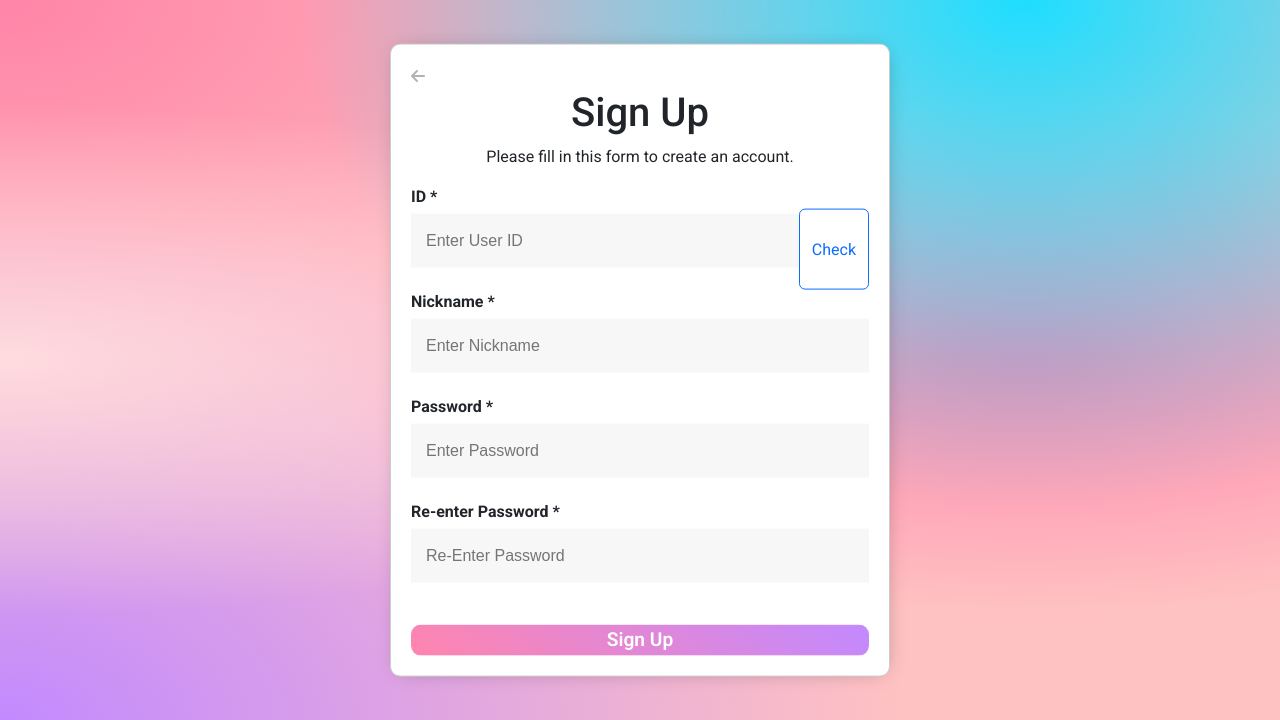
Repository: Jae-yi/JSPMybatis
Page: http://localhost/JspMybatisSub/WEB-INF/views/page/register.jsp
These files come from the project's save history. The page is drawn as it stood at one moment and after the next save; the edit follows.
The browser window is 1280 px wide. The pictures show the whole page.
Some web fonts or font styles are not loaded; a fallback is used. Some web libraries are served in a nearby version. The page is served by Tomcat 9. Nobody is signed in. The template is opened directly, without the code that normally fills it, so the values that code supplies are empty.

Above is the page before, as saved 2023-02-01 11:06:39.

After the next save:
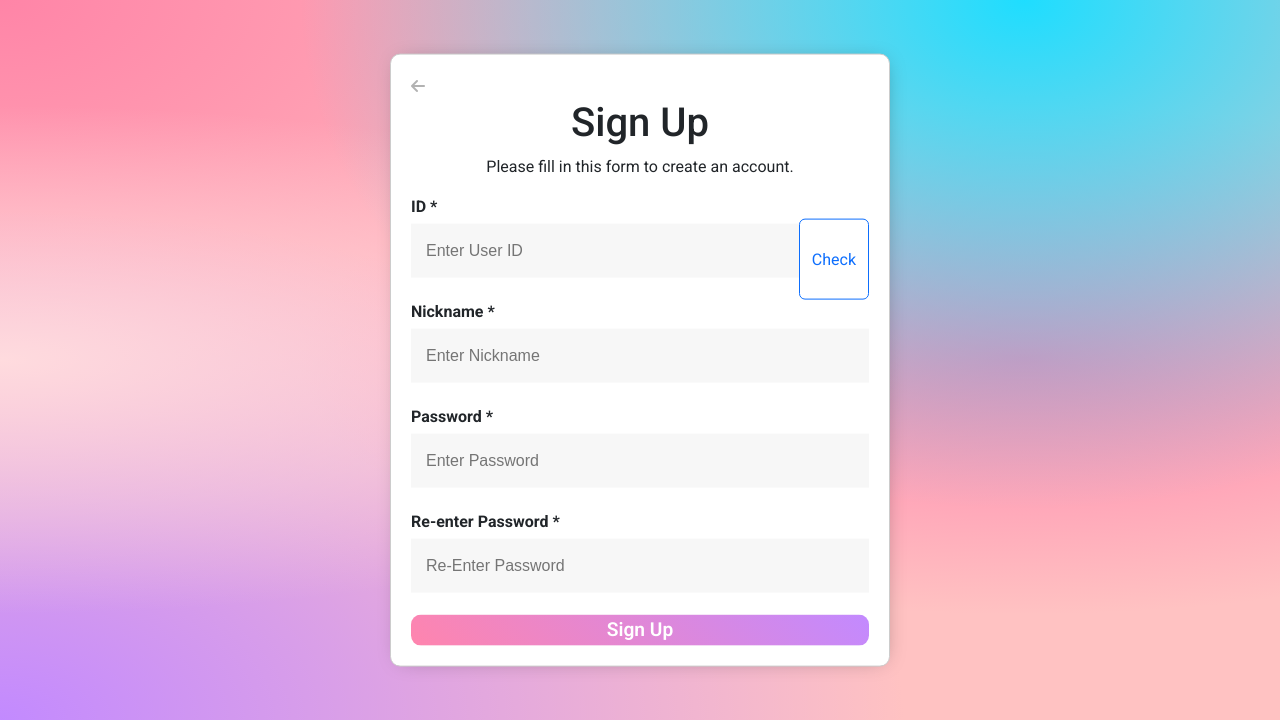
Saved 42 s later.
--- a/JspMybatisSub/src/main/webapp/resources/css/register.css
+++ b/JspMybatisSub/src/main/webapp/resources/css/register.css
@@ -78,7 +78,6 @@ input[type=text]:focus, input[type=password]:focus, input[type=phone]:focus, sel
 }
 
 .submitBtn {
-  margin-top:20px;
   border: none;
   width: 100%;
   border-radius: 10px;
